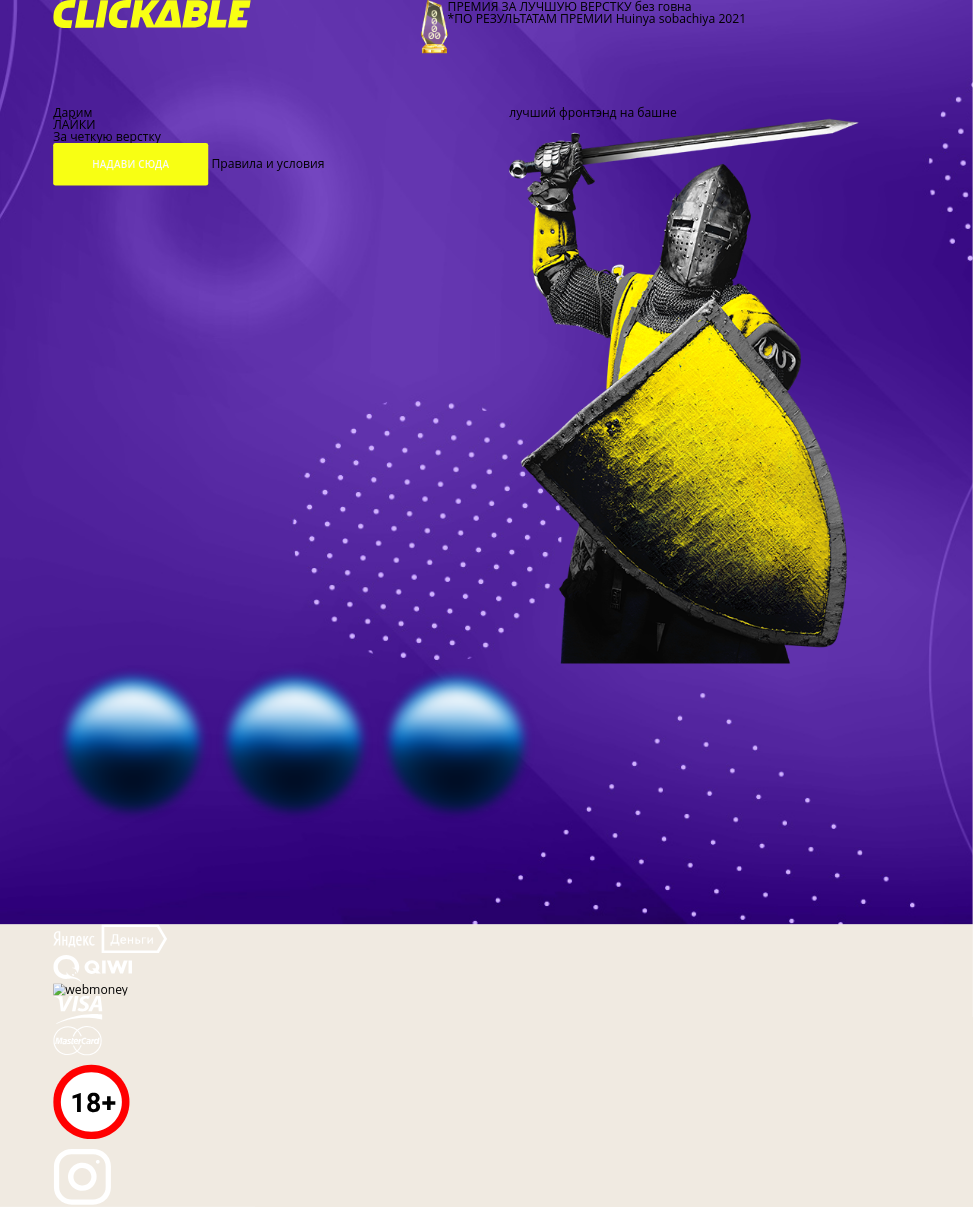
Repository: stanislavExtE/clickable_test
Page: app/index.html
These files come from the project's save history. The page is drawn as it stood at one moment and after the next save; the edit follows.
The browser window is 1280 px wide. The pictures show the whole page, at 76% of full size.
Some web fonts or font styles are not loaded; a fallback is used. The style sheet was rebuilt from its Sass, Less or Tailwind sources for each picture, by a compiler version that may differ from the author's.

Above is the page before, as saved 2021-01-13 13:15:38.

### app/index.html
<!DOCTYPE html>
<html xmlns="http://www.w3.org/1999/xhtml" lang="en">

<head>
	<meta http-equiv="Content-Type" content="text/html; charset=utf-8" />
	<meta name="format-detection" content="telephone=no">
	<meta name="viewport" content="width=device-width, initial-scale=1, maximum-scale=1">
	<title>Clickable - лучший фронтенд на башне</title>
	<link rel="icon" type="image/x-icon" href="favicon.ico" />
	<link rel="stylesheet" type="text/css" href="css/style.css" />
</head>

<body class="loaded">


	<!-- BEGIN BODY -->

	<div class="main-wrapper">

		<!-- BEGIN CONTENT -->

		<main class="content">
			<section class="info-section">
				<div class="wrapper">
					<div class="info">
						<div class="slogan info__slogan">
							<div class="slogan__text">лучший фронтэнд на башне  </div>
							<img src="img/knight.png" alt="" class="slogan__knight">
						</div>
						<div class="cta info__cta">
							<div class="cta__title">
								Дарим
								<span class="accent" data-accent-word='Л'>
									<div class="accent__text">ЛАЙКИ</div>
								</span>
								За четкую верстку
							</div>
							<div class="cta__button-box">
								<a href="#" class="btn cta__btn">надави сюда</a>
								<a href="#" class="link cta__rules-link">Правила и условия</a>
							</div>
						</div>
						<div class="award info__award">
							<div class="award__prize">
								<img src="img/award.png" alt="award" class="award__prize-img">
							</div>
							<div class="award__info">
								<div class="award__title">ПРЕМИЯ ЗА ЛУЧШУЮ ВЕРСТКУ без говна</div>
								<div class="award__description">*ПО РЕЗУЛЬТАТАМ ПРЕМИИ Huinya sobachiya 2021</div>
							</div>
						</div>
					</div>
					<div class="balls">
						<img src="img/ball.png" alt="ball" class="ball ball_lg-size">
						<img src="img/ball.png" alt="ball" class="ball">
						<img src="img/ball.png" alt="ball" class="ball ball_sm">
					</div>
				</div>
			</section>
		</main>

		<!-- CONTENT EOF   -->

		<!-- BEGIN HEADER -->

		<header class="header">
			<div class="wrapper header__wrapper">
				<a href="#" class="logo header__logo">
					<img src="img/logo.svg" alt="logo" class="logo__img">
				</a>
				<div class="award header__award">
					<div class="award__prize">
						<img src="img/award.png" alt="award" class="award__prize-img">
					</div>
					<div class="award__info">
						<div class="award__title">ПРЕМИЯ ЗА ЛУЧШУЮ ВЕРСТКУ без говна</div>
						<div class="award__description">*ПО РЕЗУЛЬТАТАМ ПРЕМИИ Huinya sobachiya 2021</div>
					</div>
				</div>
			</div>
		</header>

		<!-- HEADER EOF   -->

		<!-- BEGIN FOOTER -->

		<footer class="footer">
			<div class="wrapper footer__wrapper">
				<div class="payments">
					<div class="payment"><img src="img/icons/yandex_money.svg" alt="yandex_money" class="payment-img"></div>
					<div class="payment"><img src="img/icons/qiwi.svg" alt="qiwi" class="payment-img"></div>
					<div class="payment"><img src="img/icons/webmoney.svg" alt="webmoney" class="payment-img"></div>
					<div class="payment"><img src="img/icons/visa.svg" alt="visa" class="payment-img"></div>
					<div class="payment"><img src="img/icons/mastercard.svg" alt="mastercard" class="payment-img"></div>
				</div>
				<div class="icons">
					<div class="icon"><img src="img/icons/pegi_18.svg" alt="pegi_18" class="icon__img"></div>
					<a href="#" class="icon"><img src="img/icons/insta.svg" alt="instagram" class="icon__img"></a>
				</div>
			</div>
		</footer>

		<!-- FOOTER EOF   -->

	</div>

	<div class="icon-load"></div>

	<!-- BODY EOF   -->

	<script src="js/jquery-3.5.1.min.js"></script>
	<script src="js/jquery-migrate-3.3.0.min.js"></script>
	<!--
	<script src="js/components/jquery.fancybox.js" ></script>
	<script src="js/components/jquery.formstyler.js" ></script>
	<script src="js/components/slick.js" ></script>
	<script src="js/components/jquery.mCustomScrollbar.js" ></script>
	-->
	<script src="js/custom.js"></script>
</body>

</html>

### app/scss/style.scss
@import "base/_reset";
@import "base/_fonts";
//@import "components/_jquery.formstyler";
//@import "components/_fancybox";
//@import "components/_slick";
//@import "components/_mCustomScrollbar";
@import "components/_bootstrap";
@import "layout/_repetitive";
@import "layout/_header";
@import "layout/_footer";
@import "layout/_content";

### app/scss/base/_reset.scss
@import '../utils/_mixins';
@import '../utils/_variables';

body {
	margin: 0px;
	padding: 0px;
	font-family: $base-font-family;
	background-color: $base-bg;
	height: 100%;
	line-height: 1;
	position: relative;
	font-size: $base-font-size!important;
	-webkit-font-smoothing: antialiased;
	-moz-osx-font-smoothing: grayscale;
}



/*MAIN*/
html, body, div, span, applet, object, iframe, h1, h2, h3, h4, h5, h6, p, blockquote, pre, a, abbr, acronym, address, big, cite, code,
del, dfn, em, img, ins, kbd, q, s, samp, small, strike, strong, sub, sup, tt, var, b, u, i, center, dl, dt, dd, ol, ul, li, fieldset,
form, label, legend, table, caption, tbody, tfoot, thead, tr, th, td, article, aside, canvas, details, embed, figure, figcaption, footer,
header, hgroup, menu, nav, output, ruby, section, summary, time, mark, audio, video {
	margin: 0; padding: 0; border: 0; font-size: 100%; outline: none;
    -webkit-tap-highlight-color: rgba(0, 0, 0, 0);

}

/* HTML5 display-role reset for older browsers */
article, aside, details, figcaption, figure, footer, header, hgroup, menu, nav, section, main {
	display: block;
}
blockquote, q {
	quotes: none;
}
blockquote:before,
blockquote:after,
q:before,
q:after {
	content: '';
	content: none;
}

table {
	border-collapse: collapse;
	border-width: 0px;
	padding: 0px;
	margin: 0px;
}

html {
	height: 100%;
	-webkit-text-size-adjust: none;
	-ms-text-size-adjust: none;
}

input,
textarea {
	color: #333;
	font-family: $base-font-family;
	outline: none;
	border-radius: 0;
	-moz-border-radius: 0;
	-webkit-border-radius: 0;
	-webkit-appearance: none;
    border: none;
}

input[type="button"],
input[type="submit"],
button {
	cursor: pointer
}

input[type=number]::-webkit-inner-spin-button,
input[type=number]::-webkit-outer-spin-button {
  -webkit-appearance: none;
  margin: 0;
}

td {
	margin: 0px;
	padding: 0px;
}

ul{
    list-style: none;
    list-style-image: url(data:[embedded picture, 78 characters]);
}

form {
	padding: 0px;
	margin: 0px;
}

img{
    max-width: 100%;
}

a {
    color: inherit;
	text-decoration: none;
	outline: none;
    @include transition($default-transition);
}

a,
span,
div,
button {
	outline: none!important
}
input[type="search"]::-webkit-search-decoration,
input[type="search"]::-webkit-search-cancel-button,
input[type="search"]::-webkit-search-results-button,
input[type="search"]::-webkit-search-results-decoration {
  -webkit-appearance:none;
}
input[type=submit],
input[type=button],
button {
	-webkit-appearance: none;
	outline: none;
}

* {
	-webkit-box-sizing: border-box;
	-moz-box-sizing: border-box;
	box-sizing: border-box;
}

*:before,
*:after {
	-webkit-box-sizing: border-box;
	-moz-box-sizing: border-box;
	box-sizing: border-box;
}

.clearfix:after,
.wrapper:after,
.row:after{
	content: ".";
	display: block;
	height: 0;
	clear: both;
	visibility: hidden;
}

### app/scss/utils/_variables.scss
$paddings: 20px;
$min-width: 320px;
$base-wrapp: 1140px;
$max-width: calc(#{$base-wrapp} + #{$paddings} * 2);
$base-bg:#F0EAE1;
$base-font-size: 1rem;
$base-line-height: 1.75rem;
$base-font-family: "Franklin Gothic Book", "Open Sans", Arial, sans-serif;
$custom-font-family: "Franklin Gothic Demi","Open Sans",  Arial, sans-serif;
$default-transition: all 0.4s linear;
$trs: all 0.3s linear;
$trs-wow: all 1s linear;

$ff-book: $base-font-family;
$ff-demi: $custom-font-family;


$shadow: 2px 6px 20px rgba(0, 164, 91, 0.25);
$shadow_light: 2px 6px 20px rgba(0, 164, 91, 0.10);

//breakpoints
$xs: 567px;
$sm: 767px;
$md: 991px;
$lg: 1279px;
$xl: 1435px;

/* main variables */

$col-1: #f8ff13;
$col-2: #F0EAE1;
$col-3: #0A0A0A;
$col-4: #fff;
$col-5: #161616;
$col-6: #bbbbbb;
$col-7: #7e7e7e;

$bg-1:rgba(#fff, .1);

$bd: rgba(187, 187, 187, 0.5);

//text, titles
$tc-1: #303030;
$tc-2: #fff;
$tc-3: $col-1;
$tc-4: $col-5;
$title-main-color: #fff;
$title-color: #fff;


$font-size-h1: 36px;
$line-height-h1: 49px;
$font-size-h2: 36px;
$line-height-h2: 49px;
$font-size-h3: 36px;
$line-height-h3: 49px;
$font-size-h4: 18px;
$line-height-h4: 24px;

$f-s-xs: 14px;
$lh-xs: 14px;
$f-s-sm: 16px;
$lh-sm: 22px;
$f-s-md: 28px;
$lh-md: 38px;
$f-s-lg: 30px;
$lh-lg: 30px;

$f-s-big-xs: 34px;
$f-s-big-sm: 40px;
$f-s-big-md: 50px;
$lh-big-md: 62px;
$f-s-big-lg: 100px;
$lh-big-lg: 110px;
$f-s-big-xl: 110px;
$lh-big-xl: 90px;

### app/scss/base/_fonts.scss

@font-face {
    font-family: 'icomoon';
    src:  url('../fonts/icomoon.eot?lkjq6z');
    src:  url('../fonts/icomoon.eot?lkjq6z#iefix') format('embedded-opentype'),
      url('../fonts/icomoon.ttf?lkjq6z') format('truetype'),
      url('../fonts/icomoon.woff?lkjq6z') format('woff'),
      url('../fonts/icomoon.svg?lkjq6z#icomoon') format('svg');
    font-weight: normal;
    font-style: normal;
    font-display: block;
  }

  [class^="icon-"], [class*=" icon-"] {
    /* use !important to prevent issues with browser extensions that change fonts */
    font-family: 'icomoon' !important;
    speak: never;
    font-style: normal;
    font-weight: normal;
    font-variant: normal;
    text-transform: none;
    line-height: 1;

    /* Better Font Rendering =========== */
    -webkit-font-smoothing: antialiased;
    -moz-osx-font-smoothing: grayscale;
  }

  .icon-arrow-right:before {
    content: "\e900";
  }
  .icon-arrow-right-2:before {
    content: "\e901";
  }
  .icon-caret:before {
    content: "\e902";
  }
  .icon-caret-right:before {
    content: "\e903";
  }
  .icon-cursor:before {
    content: "\e904";
  }
  .icon-fb:before {
    content: "\e905";
  }
  .icon-mail:before {
    content: "\e906";
  }
  .icon-search:before {
    content: "\e907";
    color: #6d6d6d;
  }
  .icon-tel:before {
    content: "\e908";
  }
  .icon-time:before {
    content: "\e909";
  }
  .icon-cross:before {
    content: "\ea0f";
  }



@font-face {
    font-family: 'Franklin Gothic Demi';
    src: url('../fonts/FranklinGothic-Demi.eot');
    src: url('../fonts/FranklinGothic-Demi.eot?#iefix') format('embedded-opentype'),
        url('../fonts/FranklinGothic-Demi.woff2') format('woff2'),
        url('../fonts/FranklinGothic-Demi.woff') format('woff'),
        url('../fonts/FranklinGothic-Demi.ttf') format('truetype');
    font-weight: normal;
    font-style: normal;
    font-display: swap;
}

@font-face {
    font-family: 'Franklin Gothic Book';
    src: url('../fonts/FranklinGothic-Book.eot');
    src: url('../fonts/FranklinGothic-Book.eot?#iefix') format('embedded-opentype'),
        url('../fonts/FranklinGothic-Book.woff2') format('woff2'),
        url('../fonts/FranklinGothic-Book.woff') format('woff'),
        url('../fonts/FranklinGothic-Book.ttf') format('truetype');
    font-weight: normal;
    font-style: normal;
    font-display: swap;
}

### app/scss/components/_bootstrap.scss
/*!
 * Generated using the Bootstrap Customizer (https://getbootstrap.com/docs/3.4/customize/)
 *//*!
 * Bootstrap v3.4.1 (https://getbootstrap.com/)
 * Copyright 2011-2019 Twitter, Inc.
 * Licensed under MIT (https://github.com/twbs/bootstrap/blob/master/LICENSE)
 *//*! normalize.css v3.0.3 | MIT License | github.com/necolas/normalize.css */.row{margin-right:-15px;margin-left:-15px}.row-no-gutters{margin-right:0;margin-left:0}.row-no-gutters [class*="col-"]{padding-right:0;padding-left:0}.col-xs-1, .col-sm-1, .col-md-1, .col-lg-1, .col-xs-2, .col-sm-2, .col-md-2, .col-lg-2, .col-xs-3, .col-sm-3, .col-md-3, .col-lg-3, .col-xs-4, .col-sm-4, .col-md-4, .col-lg-4, .col-xs-5, .col-sm-5, .col-md-5, .col-lg-5, .col-xs-6, .col-sm-6, .col-md-6, .col-lg-6, .col-xs-7, .col-sm-7, .col-md-7, .col-lg-7, .col-xs-8, .col-sm-8, .col-md-8, .col-lg-8, .col-xs-9, .col-sm-9, .col-md-9, .col-lg-9, .col-xs-10, .col-sm-10, .col-md-10, .col-lg-10, .col-xs-11, .col-sm-11, .col-md-11, .col-lg-11, .col-xs-12, .col-sm-12, .col-md-12, .col-lg-12{position:relative;min-height:1px;padding-right:15px;padding-left:15px}.col-xs-1, .col-xs-2, .col-xs-3, .col-xs-4, .col-xs-5, .col-xs-6, .col-xs-7, .col-xs-8, .col-xs-9, .col-xs-10, .col-xs-11, .col-xs-12{float:left}.col-xs-12{width:100%}.col-xs-11{width:91.66666667%}.col-xs-10{width:83.33333333%}.col-xs-9{width:75%}.col-xs-8{width:66.66666667%}.col-xs-7{width:58.33333333%}.col-xs-6{width:50%}.col-xs-5{width:41.66666667%}.col-xs-4{width:33.33333333%}.col-xs-3{width:25%}.col-xs-2{width:16.66666667%}.col-xs-1{width:8.33333333%}@media (min-width:768px){.col-sm-1, .col-sm-2, .col-sm-3, .col-sm-4, .col-sm-5, .col-sm-6, .col-sm-7, .col-sm-8, .col-sm-9, .col-sm-10, .col-sm-11, .col-sm-12{float:left}.col-sm-12{width:100%}.col-sm-11{width:91.66666667%}.col-sm-10{width:83.33333333%}.col-sm-9{width:75%}.col-sm-8{width:66.66666667%}.col-sm-7{width:58.33333333%}.col-sm-6{width:50%}.col-sm-5{width:41.66666667%}.col-sm-4{width:33.33333333%}.col-sm-3{width:25%}.col-sm-2{width:16.66666667%}.col-sm-1{width:8.33333333%}}@media (min-width:992px){.col-md-1, .col-md-2, .col-md-3, .col-md-4, .col-md-5, .col-md-6, .col-md-7, .col-md-8, .col-md-9, .col-md-10, .col-md-11, .col-md-12{float:left}.col-md-12{width:100%}.col-md-11{width:91.66666667%}.col-md-10{width:83.33333333%}.col-md-9{width:75%}.col-md-8{width:66.66666667%}.col-md-7{width:58.33333333%}.col-md-6{width:50%}.col-md-5{width:41.66666667%}.col-md-4{width:33.33333333%}.col-md-3{width:25%}.col-md-2{width:16.66666667%}.col-md-1{width:8.33333333%}}@media (min-width:1200px){.col-lg-1, .col-lg-2, .col-lg-3, .col-lg-4, .col-lg-5, .col-lg-6, .col-lg-7, .col-lg-8, .col-lg-9, .col-lg-10, .col-lg-11, .col-lg-12{float:left}.col-lg-12{width:100%}.col-lg-11{width:91.66666667%}.col-lg-10{width:83.33333333%}.col-lg-9{width:75%}.col-lg-8{width:66.66666667%}.col-lg-7{width:58.33333333%}.col-lg-6{width:50%}.col-lg-5{width:41.66666667%}.col-lg-4{width:33.33333333%}.col-lg-3{width:25%}.col-lg-2{width:16.66666667%}.col-lg-1{width:8.33333333%}}.clearfix:before,.clearfix:after,.container:before,.container:after,.container-fluid:before,.container-fluid:after,.row:before,.row:after{display:table;content:" "}.clearfix:after,.container:after,.container-fluid:after,.row:after{clear:both}.center-block{display:block;margin-right:auto;margin-left:auto}

### app/scss/layout/_repetitive.scss
.main-wrapper {
    padding: 0 0 0 0;
    min-width: $min-width;
    width: 100%;
    position: relative;
    overflow: hidden;
    min-height: 100%;
    display: -webkit-box;
    display: -moz-box;
    display: -ms-flexbox;
    display: -webkit-flex;
    display: flex;
    flex-direction: column;
    -webkit-flex-direction: column;
    -ms-flex-direction: column;
    justify-content: flex-start;
    -webkit-justify-content: flex-start;
    -ms-flex-pack: start;
}

.wrapper {
    max-width: $max-width;
    padding: 0 $paddings 0 $paddings;
    margin: 0 auto;
    position: relative;
}

/* titles */

/* text position */
.text-left {
    text-align: left !important
}

.text-center {
    text-align: center !important
}

.text-right {
    text-align: right !important
}

.nowrap {
    white-space: nowrap !important;
}


/* loader */
.loaded .main-wrapper {
    opacity: 0;
}

.icon-load {
    background: url(../img/loader.gif) no-repeat left top;
    width: 40px;
    height: 40px;
    position: fixed;
    left: 50%;
    top: 50%;
    margin-left: -20px;
    margin-left: -20px;
    display: none;
}

.loaded .icon-load {
    display: block;
}


.scrollDisabled {
    overflow: hidden;
    position: fixed !important;
    margin-top: 0;
    width: 100%;
    z-index: 0;

    @include br-p(992px, min) {
        padding-right: 17px;
    }

    .ios {
        padding-right: 0;
    }
}


.d-hide {
    display: none;
}

@include br-p($lg) {
    .lg-hide {
        display: none !important
    }

    .lg-show {
        display: block !important
    }

    .lg-show_flex {
        display: -ms-flexbox !important;
        display: flex !important
    }

    .lg-show_i-flex {
        display: -ms-inline-flexbox !important;
        display: inline-flex !important
    }
}

@include br-p($md) {
    .md-hide {
        display: none !important
    }

    .md-show {
        display: block !important
    }

    .md-show_flex {
        display: -ms-flexbox !important;
        display: flex !important
    }

    .md-show_i-flex {
        display: -ms-inline-flexbox !important;
        display: inline-flex !important
    }
}

@include br-p($sm) {
    .sm-hide {
        display: none !important
    }

    .sm-show {
        display: block !important
    }

    .sm-show_flex {
        display: -ms-flexbox !important;
        display: flex !important
    }

    .sm-show_i-flex {
        display: -ms-inline-flexbox !important;
        display: inline-flex !important
    }
}

@include br-p($xs) {
    .xs-hide {
        display: none !important
    }

    .xs-show {
        display: block !important
    }

    .xs-show_flex {
        display: -ms-flexbox !important;
        display: flex !important
    }

    .xs-show_i-flex {
        display: -ms-inline-flexbox !important;
        display: inline-flex !important
    }
}



/*
================================================================================
|                                     CONTENT                                 |
================================================================================
*/
.content {
    min-width: $min-width;
    text-align: left;
    width: 100%;
    order: 2;
    -webkit-order: 2;
    flex-grow: 1;
    -webkit-flex-grow: 1;
    background: #fff;
}


.title{

    &_xs{

    }
}

.text {


    &_sm {
        font-size: 14px;
    }

    &_md {}
}

.btn {
    display: inline-flex;
    justify-content: center;
    align-items: center;
    font-family: $ff-demi;
    font-weight: 600;
    font-size: 13px;
    line-height: 15px;
    letter-spacing: 0.02em;
    text-transform: uppercase;
    width: 100%;
    max-width: 204px;
    min-height: 56px;
    color: #F9F9F9;
    background: $col-1;
    border-radius: 3px;

    i {
        margin-left: 10px;
        font-size: 7px;
    }

    @include br-p(992px, min){

        &:hover{
            background: darken($col-1, 10%);
        }
    }
}




@include br-p($xl) {}

@include br-p($lg) {}

@include br-p($md) {}

@include br-p($sm) {}

@include br-p($xs) {}

@include br-p(419px) {}

### app/scss/layout/_header.scss

/*
================================================================================
|                                     HEADER                                   |
================================================================================
*/
.header{
	width:100%;
	min-width: $min-width;
	text-align:left;
	order: 1;
	-webkit-order: 1;
	position: fixed;
	left: 0;
	width: 100%;
	top: 0;
	z-index: 3;
	background: transparent;

	&__wrapper{
		display: flex;
		justify-content: space-between;
	}

	&__logo {
		flex: 0 0 260px;
		max-width: 260px;
    }
}





@include br-p($xl) {

}

@include br-p($lg) {

}
@include br-p($md) {

}
@include br-p($sm) {

}

@include br-p($xs) {



}

@include br-p(419px) {


}

@include br-p(359px) {

}

### app/scss/layout/_footer.scss

/*
================================================================================
|                                     FOOTER                                   |
================================================================================
*/
.footer{
	text-align:left;
	width:100%;
	min-width: $min-width;
	order: 3;
	-webkit-order: 3;
}


@include br-p($xl) {

}

@include br-p($lg) {

}
@include br-p($md) {

}
@include br-p($sm) {

}

@include br-p($xs) {

}

@include br-p(419px) {

}

### app/scss/layout/_content.scss
//main styles
// @import "sections/_name";



.logo {
    max-width: 260px;
    display: block;
}


.slogan {


    &__text {}

    &__knight {}
}

.cta {


    &__title {}

    &__button-box {}

    &__btn {}

    &__rules-link {}
}

.award {
    display: flex;

    &__info {}

    &__prize {


        &-img {}
    }

    &__title {}

    &__description {}
}

.info-section{
    background: url(../img/bg.jpg) no-repeat center / cover;
}

.info {
    display: flex;
    flex-wrap: wrap;
    justify-content: space-between;

    &-section{
        padding: 140px 0 130px;
    }

    &__slogan{
        @include br-p(768px, min) {
            order: 4;
            flex: 0 0 calc(100% - 600px);
        }
    }

    &__cta{
        @include br-p(768px, min) {
            order: 3;
            flex: 0 0 600px;
        }
    }

    &__award{
        @include br-p(768px, min) {
            display: none;
            order: 2;
            flex: 0 0 300px;
        }

    }
}


.balls {}

.ball {}



@include br-p($xl) {}

@include br-p($lg) {}

@include br-p($md) {}

@include br-p($sm) {}

@include br-p($xs) {}

@include br-p(419px) {}

Loaded but not shown: app/js/jquery-3.5.1.min.js (library); app/js/jquery-migrate-3.3.0.min.js (library); app/img/icons/mastercard.svg (6 lines, source omitted); app/img/icons/webmoney.svg (115 lines, source omitted); app/img/icons/yandex_money.svg (4 lines, source omitted); app/img/icons/qiwi.svg (3 lines, source omitted); app/img/icons/insta.svg (3 lines, source omitted); app/img/icons/pegi_18.svg (5 lines, source omitted); app/img/logo.svg (24 lines, source omitted); app/img/icons/visa.svg (3 lines, source omitted); app/js/custom.js (95 lines, source omitted); app/scss/utils/_mixins.scss (259 lines, source omitted)

After the next save:
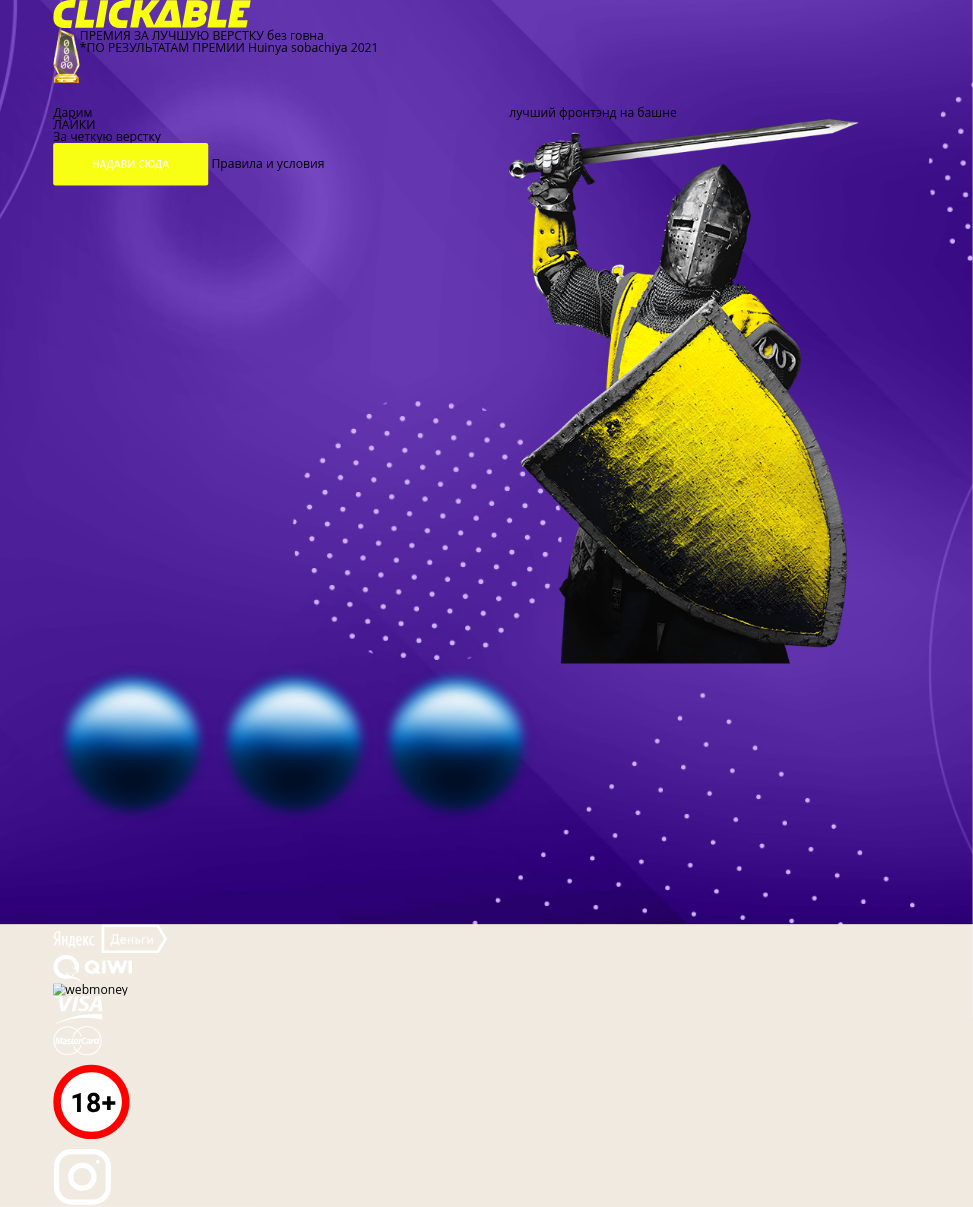
Saved 16 s later.
--- a/app/index.html
+++ b/app/index.html
@@ -64,17 +64,19 @@
 		<!-- BEGIN HEADER -->
 
 		<header class="header">
-			<div class="wrapper header__wrapper">
-				<a href="#" class="logo header__logo">
-					<img src="img/logo.svg" alt="logo" class="logo__img">
-				</a>
-				<div class="award header__award">
-					<div class="award__prize">
-						<img src="img/award.png" alt="award" class="award__prize-img">
-					</div>
-					<div class="award__info">
-						<div class="award__title">ПРЕМИЯ ЗА ЛУЧШУЮ ВЕРСТКУ без говна</div>
-						<div class="award__description">*ПО РЕЗУЛЬТАТАМ ПРЕМИИ Huinya sobachiya 2021</div>
+			<div class="wrapper ">
+				<div class="header__content">
+					<a href="#" class="logo header__logo">
+						<img src="img/logo.svg" alt="logo" class="logo__img">
+					</a>
+					<div class="award header__award">
+						<div class="award__prize">
+							<img src="img/award.png" alt="award" class="award__prize-img">
+						</div>
+						<div class="award__info">
+							<div class="award__title">ПРЕМИЯ ЗА ЛУЧШУЮ ВЕРСТКУ без говна</div>
+							<div class="award__description">*ПО РЕЗУЛЬТАТАМ ПРЕМИИ Huinya sobachiya 2021</div>
+						</div>
 					</div>
 				</div>
 			</div>
